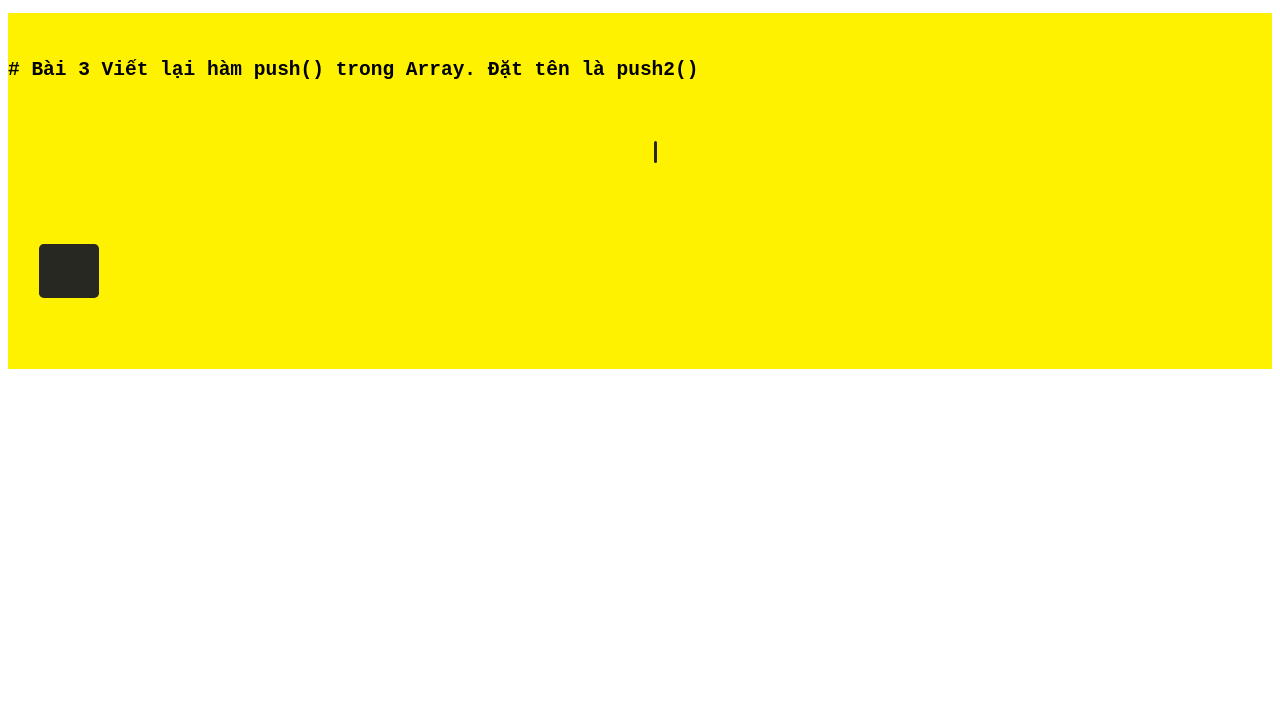
Repository: Dongnguyen318/Quydong
Page: Day 22.1/ex03.html
The author's editor kept a copy of each file at every save. The page is drawn from the files as they stood at one save, then again after the next save.
The browser window is 1280 px wide. The pictures show the whole page.

Above is the page before, as saved 2023-09-05 23:21:53.

### Day 22.1/ex03.html
<!DOCTYPE html>
<html lang="en">
  <head>
    <meta charset="UTF-8" />
    <meta name="viewport" content="width=device-width, initial-scale=1.0" />
    <title>Document</title>
    <link
      rel="stylesheet"
      href="https://cdn.jsdelivr.net/npm/prismjs@1.29.0/themes/prism-okaidia.min.css"
    />
    <script src="./js/3.js"></script>
  </head>
  <body>
    <pre style="background-color: rgb(255, 242, 0)">
        <code >
            <h2># Bài 3 Viết lại hàm push() trong Array. Đặt tên là push2()</h2>
<p style="text-align: center;">
    <code class="language-js">
    </code>
    <h2 style="padding: 15px;" ></h2>
    <code class="language-js" style="padding: 15px 30px 20px;">
    </code>


</p>
        </code>
    </pre>
    <br />
    <br />
    <pre>
        <code class="language-js">


        </code>
    </pre>
    <script src="https://cdn.jsdelivr.net/npm/prismjs@1.29.0/components/prism-core.min.js"></script>
    <script src="https://cdn.jsdelivr.net/npm/prismjs@1.29.0/plugins/autoloader/prism-autoloader.min.js"></script>
  </body>
</html>

### Day 22.1/js/3.js
var arr = ["a", "c", "k", "S"];
Array.prototype.push2 = function (...value) {
  var result = this;
  console.log(result);
  for (var i = 0; i < value.length; i++) {
    result[result.length] = value[i];
  }

  return result;
};
console.log(arr.push2("@"));

After the next save:
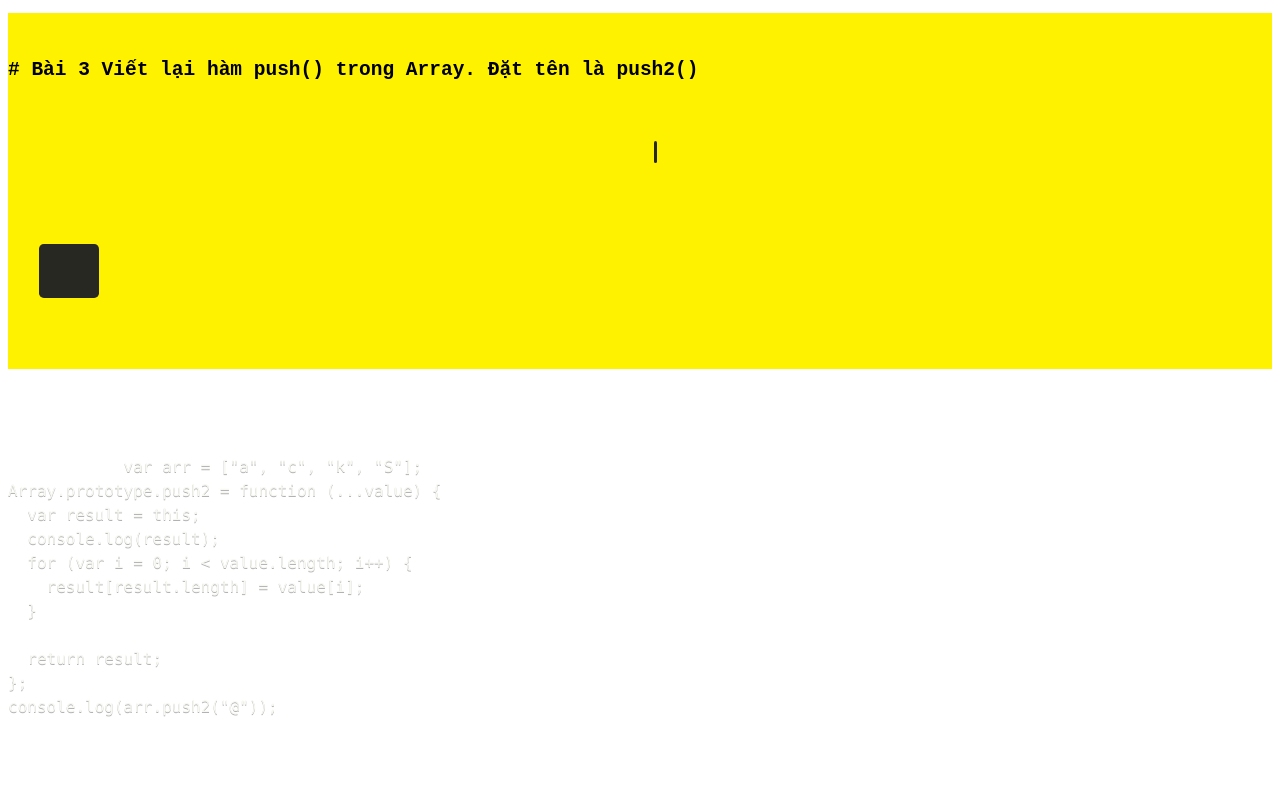
Saved 31 s later.
--- a/Day 22.1/ex03.html
+++ b/Day 22.1/ex03.html
@@ -29,7 +29,17 @@
     <br />
     <pre>
         <code class="language-js">
+            var arr = ["a", "c", "k", "S"];
+Array.prototype.push2 = function (...value) {
+  var result = this;
+  console.log(result);
+  for (var i = 0; i < value.length; i++) {
+    result[result.length] = value[i];
+  }
 
+  return result;
+};
+console.log(arr.push2("@"));
 
         </code>
     </pre>
